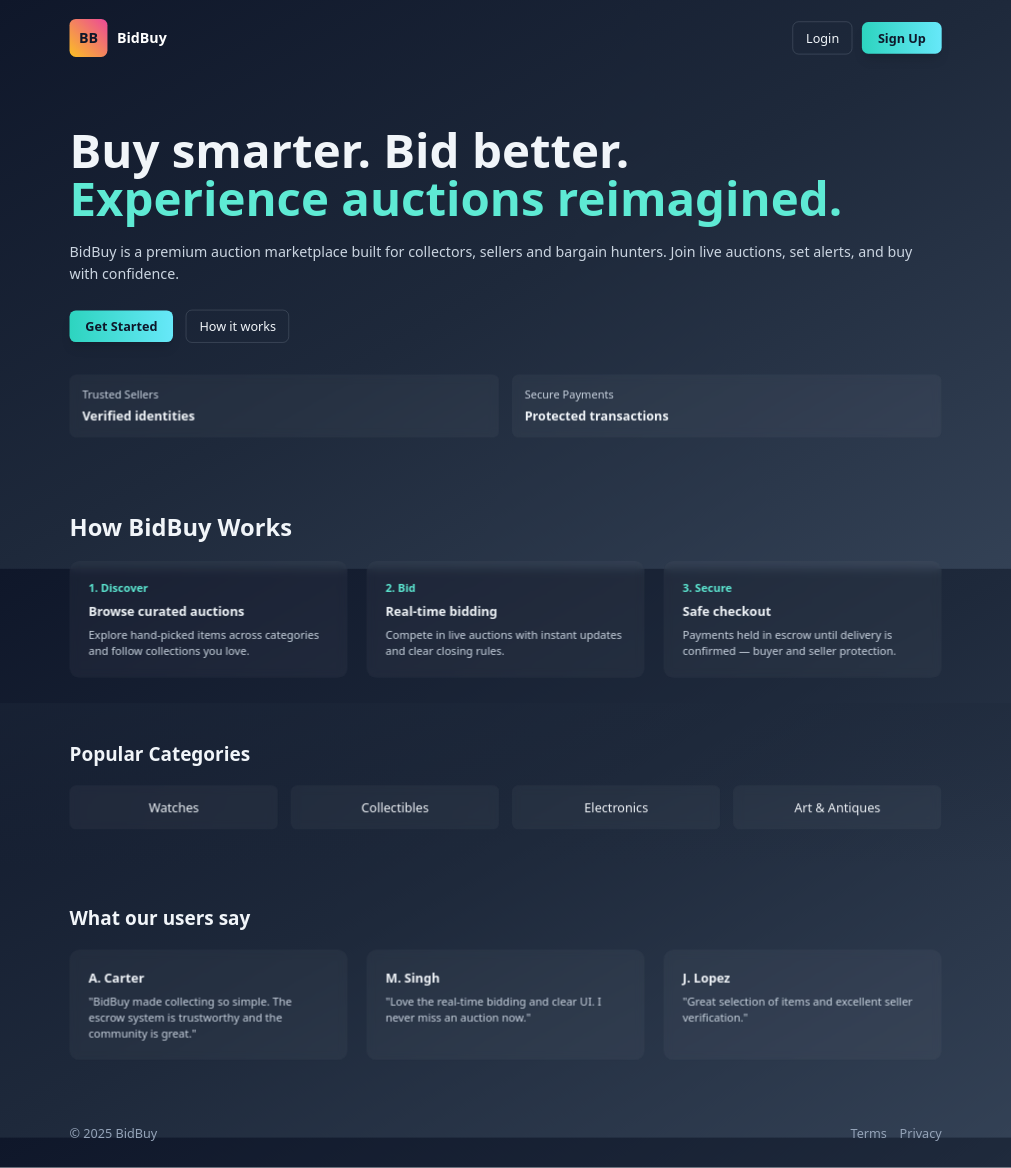
Repository: ChakraVaishnav/Online-Auction-System
Page: / (app in online-auction-system-frontend/)
An editor plug-in stored every save of this project. The page is shown before and after the next save, followed by the edit.
The browser window is 1280 px wide. The pictures show the whole page, at 79% of full size.
The project was rebuilt for these pictures with package versions that can differ from the ones it lists, and the page was loaded fresh each time. Also part of the build but not shown: online-auction-system-frontend/vite.config.js, online-auction-system-frontend/src/pages/Login.jsx, online-auction-system-frontend/src/pages/Signup.jsx, online-auction-system-frontend/src/App.css.

Above is the page before, as saved 2025-11-23 17:57:19.

### online-auction-system-frontend/index.html
<!doctype html>
<html lang="en">
  <head>
    <meta charset="UTF-8" />
    <link rel="icon" type="image/svg+xml" href="/vite.svg" />
    <meta name="viewport" content="width=device-width, initial-scale=1.0" />
    <title>online-auction-system-frontend</title>
  </head>
  <body>
    <div id="root"></div>
    <script type="module" src="/src/main.jsx"></script>
  </body>
</html>

### online-auction-system-frontend/src/index.css
@tailwind base;
@tailwind components;
@tailwind utilities;

:root{
	--brand-1: #0f172a; /* slate-900 */
	--brand-2: #0ea5a4; /* teal-400 */
	--accent: #f97316; /* orange-500 */
}

html,body,#root{
	height:100%;
}

body{
	@apply bg-gradient-to-br from-slate-900 via-slate-800 to-slate-700 text-slate-100 antialiased;
	font-family: ui-sans-serif, system-ui, -apple-system, "Segoe UI", Roboto, "Helvetica Neue", Arial;
}

.container-wide{
	@apply max-w-6xl mx-auto px-6;
}

.glass {
	background: rgba(255,255,255,0.04);
	backdrop-filter: blur(6px);
}

.btn-primary{
	@apply inline-flex items-center gap-2 bg-gradient-to-r from-teal-400 to-cyan-300 text-slate-900 font-semibold px-5 py-2 rounded-lg shadow-lg hover:scale-105 transition-transform;
}

.btn-outline{
	@apply inline-flex items-center gap-2 border border-slate-300/20 text-slate-100 px-4 py-2 rounded-lg hover:bg-white/5 transition;
}

/* dedicated back button style to improve touch target and spacing */
.btn-back{
  @apply px-5 py-2 rounded-md bg-white/5 shadow-sm;
}

.form-input{
	@apply w-full bg-transparent border border-slate-700/50 px-4 py-2 rounded-lg placeholder-slate-400 text-white focus:outline-none focus:ring-2 focus:ring-teal-400;
}

### online-auction-system-frontend/src/App.jsx
import { BrowserRouter, Routes, Route } from 'react-router-dom'
import Landing from './pages/Landing'
import Login from './pages/Login'
import Signup from './pages/Signup'
import './App.css'

function App() {
  return (
    <BrowserRouter>
      <Routes>
        <Route path="/" element={<Landing />} />
        <Route path="/login" element={<Login />} />
        <Route path="/signup" element={<Signup />} />
      </Routes>
    </BrowserRouter>
  )
}

export default App

### online-auction-system-frontend/src/pages/Landing.jsx
import { Link } from 'react-router-dom'

export default function Landing() {
  return (
    <div className="min-h-screen flex flex-col">
      <nav className="w-full py-6">
        <div className="container-wide flex items-center justify-between">
          <div className="flex items-center gap-3">
            <div className="w-12 h-12 rounded-lg bg-gradient-to-tr from-amber-400 to-pink-500 flex items-center justify-center font-bold text-slate-900 text-lg">BB</div>
            <div className="text-white font-semibold text-lg">BidBuy</div>
          </div>
          <div className="flex items-center gap-3">
            <Link to="/login" className="btn-outline">Login</Link>
            <Link to="/signup" className="btn-primary">Sign Up</Link>
          </div>
        </div>
      </nav>

      <header className="flex-1 flex items-center py-16">
        <div className="container-wide grid grid-cols-1 lg:grid-cols-1 gap-12 items-center">
          <div>
            <h1 className="text-5xl md:text-6xl font-extrabold leading-tight">Buy smarter. Bid better.<br/><span className="text-teal-300">Experience auctions reimagined.</span></h1>
            <p className="mt-6 text-slate-300 text-lg">BidBuy is a premium auction marketplace built for collectors, sellers and bargain hunters. Join live auctions, set alerts, and buy with confidence.</p>

            <div className="mt-8 flex items-center gap-4">
              <Link to="/signup" className="btn-primary">Get Started</Link>
              <a href="#how" className="btn-outline">How it works</a>
            </div>

            <div className="mt-10 grid grid-cols-2 gap-4">
              <div className="glass p-4 rounded-lg">
                <div className="text-sm text-slate-300">Trusted Sellers</div>
                <div className="font-semibold mt-1">Verified identities</div>
              </div>
              <div className="glass p-4 rounded-lg">
                <div className="text-sm text-slate-300">Secure Payments</div>
                <div className="font-semibold mt-1">Protected transactions</div>
              </div>
            </div>
          </div>

          {/* preview card removed to keep clean professional hero layout */}
        </div>
      </header>

      <section id="how" className="py-8">
        <div className="container-wide">
          <h3 className="text-3xl font-bold mb-6">How BidBuy Works</h3>
          <div className="grid grid-cols-1 md:grid-cols-3 gap-6">
            <div className="glass p-6 rounded-xl">
              <div className="text-sm text-teal-300 font-semibold">1. Discover</div>
              <h4 className="font-semibold mt-2">Browse curated auctions</h4>
              <p className="mt-2 text-slate-300 text-sm">Explore hand-picked items across categories and follow collections you love.</p>
            </div>
            <div className="glass p-6 rounded-xl">
              <div className="text-sm text-teal-300 font-semibold">2. Bid</div>
              <h4 className="font-semibold mt-2">Real-time bidding</h4>
              <p className="mt-2 text-slate-300 text-sm">Compete in live auctions with instant updates and clear closing rules.</p>
            </div>
            <div className="glass p-6 rounded-xl">
              <div className="text-sm text-teal-300 font-semibold">3. Secure</div>
              <h4 className="font-semibold mt-2">Safe checkout</h4>
              <p className="mt-2 text-slate-300 text-sm">Payments held in escrow until delivery is confirmed — buyer and seller protection.</p>
            </div>
          </div>
        </div>
      </section>

      <section className="py-12 bg-gradient-to-b from-slate-800/40 to-transparent">
        <div className="container-wide">
          <h3 className="text-2xl font-bold mb-6">Popular Categories</h3>
          <div className="grid grid-cols-2 md:grid-cols-4 gap-4">
            <div className="glass p-4 rounded-lg text-center">Watches</div>
            <div className="glass p-4 rounded-lg text-center">Collectibles</div>
            <div className="glass p-4 rounded-lg text-center">Electronics</div>
            <div className="glass p-4 rounded-lg text-center">Art & Antiques</div>
          </div>
        </div>
      </section>

      <section className="py-12">
        <div className="container-wide">
          <h3 className="text-2xl font-bold mb-6">What our users say</h3>
          <div className="grid grid-cols-1 md:grid-cols-3 gap-6">
            <div className="glass p-6 rounded-xl">
              <div className="font-semibold">A. Carter</div>
              <div className="text-slate-300 text-sm mt-2">"BidBuy made collecting so simple. The escrow system is trustworthy and the community is great."</div>
            </div>
            <div className="glass p-6 rounded-xl">
              <div className="font-semibold">M. Singh</div>
              <div className="text-slate-300 text-sm mt-2">"Love the real-time bidding and clear UI. I never miss an auction now."</div>
            </div>
            <div className="glass p-6 rounded-xl">
              <div className="font-semibold">J. Lopez</div>
              <div className="text-slate-300 text-sm mt-2">"Great selection of items and excellent seller verification."</div>
            </div>
          </div>
        </div>
      </section>

      <footer className="py-8">
        <div className="container-wide flex flex-col md:flex-row items-center justify-between text-slate-400 gap-4">
          <div>© {new Date().getFullYear()} BidBuy</div>
          <div className="flex items-center gap-4">
            <a className="hover:underline" href="#">Terms</a>
            <a className="hover:underline" href="#">Privacy</a>
          </div>
        </div>
      </footer>
    </div>
  )
}

### online-auction-system-frontend/tailwind.config.cjs
module.exports = {
  content: [
    './index.html',
    './src/**/*.{js,jsx,ts,tsx}'
  ],
  theme: {
    extend: {},
  },
  plugins: [],
}

Loaded but not shown: online-auction-system-frontend/src/main.jsx (common file)

After the next save:
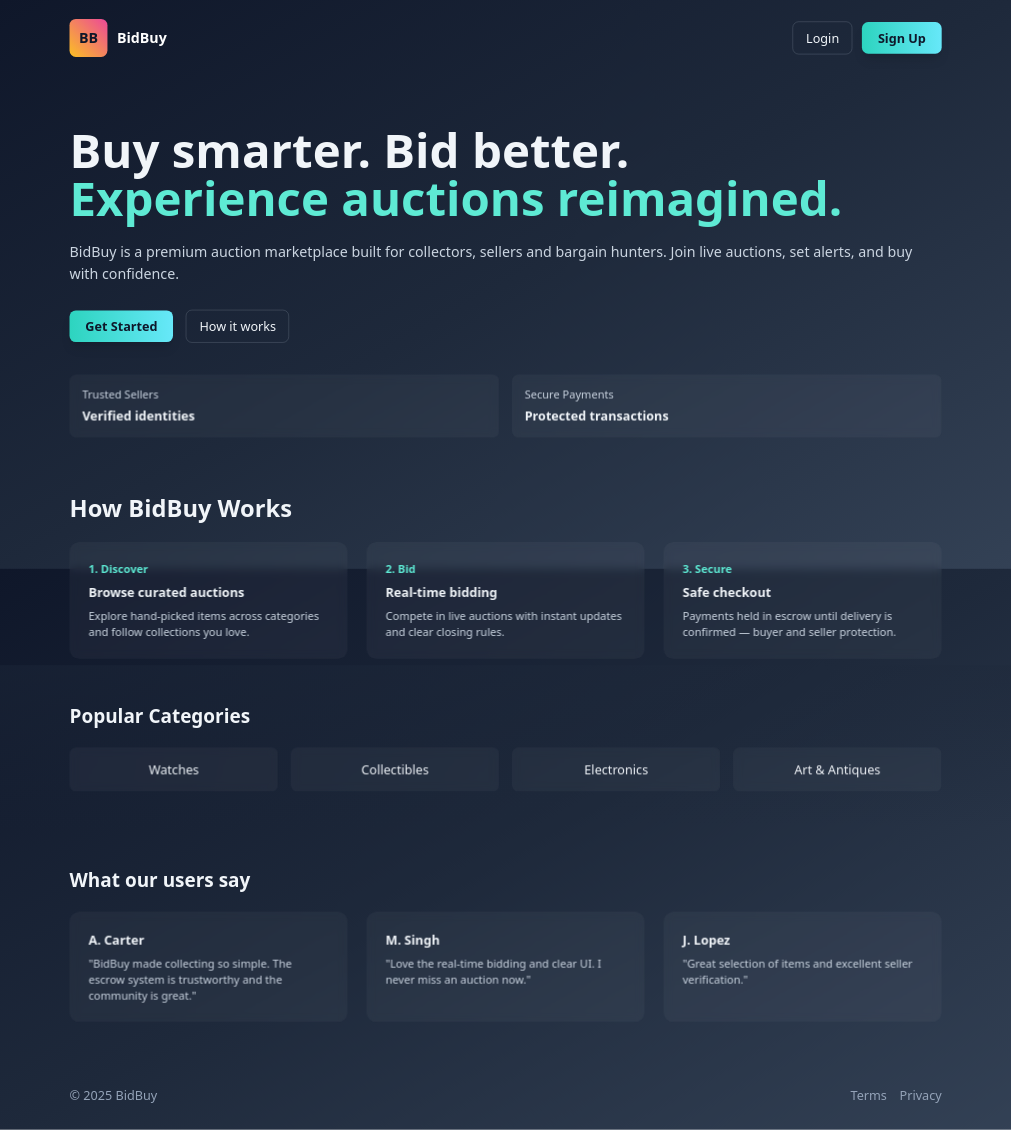
Saved 30 s later.
--- a/online-auction-system-frontend/src/pages/Landing.jsx
+++ b/online-auction-system-frontend/src/pages/Landing.jsx
@@ -43,7 +43,7 @@ export default function Landing() {
         </div>
       </header>
 
-      <section id="how" className="py-8">
+      <section id="how" className="py-2">
         <div className="container-wide">
           <h3 className="text-3xl font-bold mb-6">How BidBuy Works</h3>
           <div className="grid grid-cols-1 md:grid-cols-3 gap-6">
